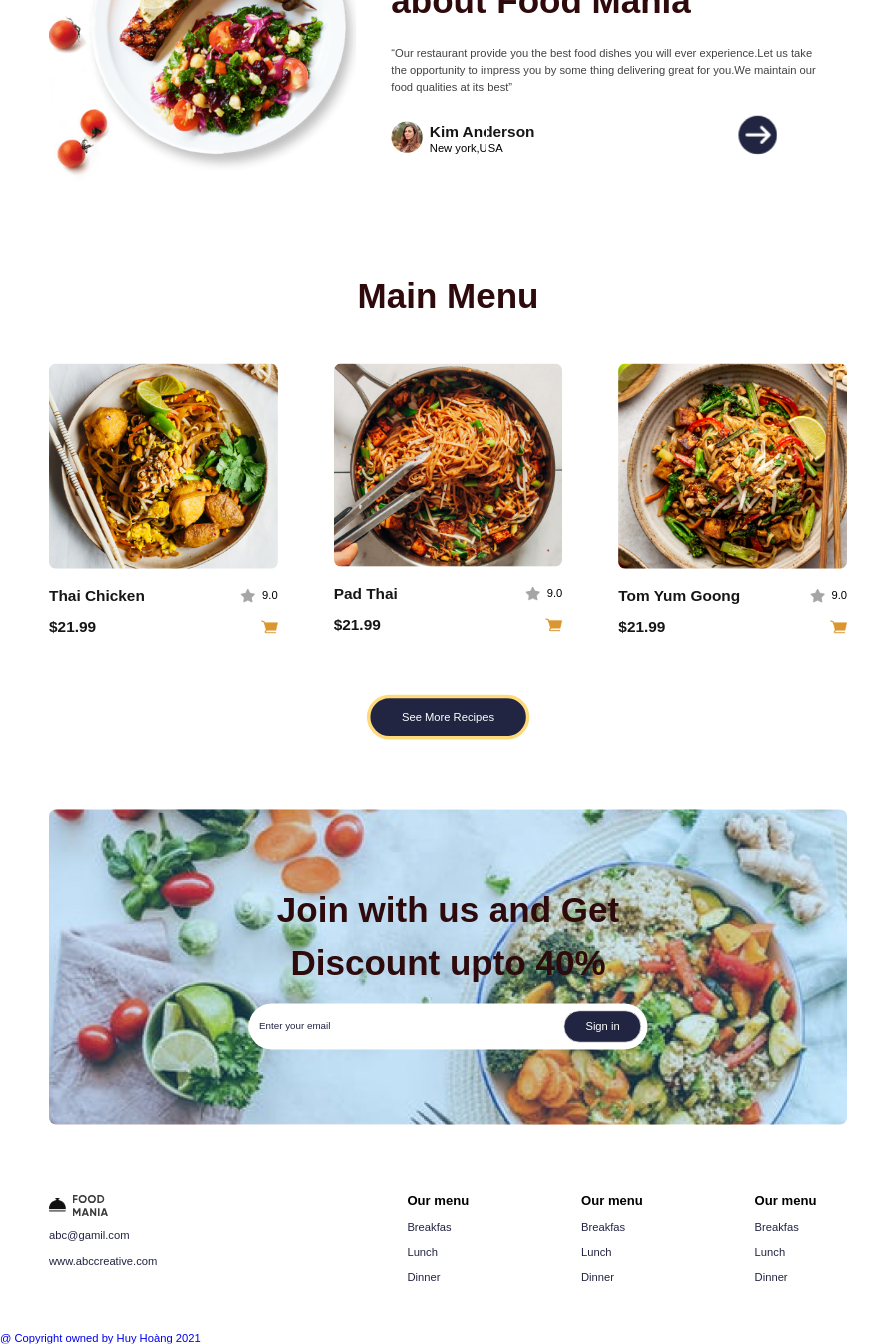
Repository: hoang0508/Figmafood
Page: index.html
These files come from the project's save history. The page is drawn as it stood at one moment and after the next save; the edit follows.
The browser window is 1280 px wide. The pictures show the part of the page from y = 2138 to 4058 px (the page is 4058 px tall), at 70% of full size.
Backgrounds fixed to the window are drawn as part of the page. Some web libraries are served in a nearby version. The style sheet was rebuilt from its Sass, Less or Tailwind sources for each picture, by a compiler version that may differ from the author's.

Above is the page before, as saved 2021-11-08 16:01:07.

### index.html
<!DOCTYPE html>
<html lang="en">
  <head>
    <meta charset="UTF-8" />
    <meta http-equiv="X-UA-Compatible" content="IE=edge" />
    <meta name="viewport" content="width=device-width, initial-scale=1.0" />
    <title>LandingPage Food</title>
    <link
      rel="stylesheet"
      href="https://cdnjs.cloudflare.com/ajax/libs/font-awesome/4.7.0/css/font-awesome.min.css"
      integrity="sha512-SfTiTlX6kk+qitfevl/7LibUOeJWlt9rbyDn92a1DqWOw9vWG2MFoays0sgObmWazO5BQPiFucnnEAjpAB+/Sw=="
      crossorigin="anonymous"
      referrerpolicy="no-referrer"
    />
    <link rel="preconnect" href="https://fonts.googleapis.com" />
    <link rel="preconnect" href="https://fonts.gstatic.com" crossorigin />
    <link
      href="https://fonts.googleapis.com/css2?family=Poppins:wght@300;400;500;600;700&display=swap"
      rel="stylesheet"
    />
    <link
      rel="stylesheet"
      type="text/css"
      href="https://cdn.jsdelivr.net/npm/slick-carousel@1.8.1/slick/slick.css"
    />
    <link rel="stylesheet" href="./css/app.css" />
  </head>
  <body>
    <div class="wrapper">
      <header class="header">
        <div class="container">
          <div class="header-container d-flex--between">
            <div class="header-logo d-flex--center">
              <img src="./images/logo.png" alt="" />
              <img src="./images/FOOD MANIA.svg" alt="" />
            </div>
            <ul class="header-list d-flex--center">
              <li class="header-item">
                <a href="#" class="header-link">Home</a>
              </li>
              <li class="header-item">
                <a href="#" class="header-link">About us</a>
              </li>
              <li class="header-item">
                <a href="#" class="header-link">Contact us</a>
              </li>
            </ul>
            <div class="header-icon d-flex--center">
              <a href="#" class="icon-link">
                <img src="./images/icon-search.png" alt="" />
              </a>
              <a href="#" class="icon-link">
                <img src="./images/icon-cart.png" alt="" />
              </a>
              <a href="#" class="icon-link">
                <img src="./images/icon-bars.png" alt="" />
              </a>
            </div>
            <button class="button button--primary">Book now</button>
          </div>
        </div>
      </header>
      <main>
        <section class="hero">
          <div class="container">
            <div class="hero-container d-flex--between">
              <div class="hero-content">
                <h3 class="hero-title">
                  Taste the <span>best Delicious</span> dishes.
                </h3>
                <button class="button button--primary button--secondary">
                  Explore Menu
                </button>
                <div class="hero-social d-flex--center">
                  <a href="#" class="social-icon">
                    <img src="./images/facebook.png" alt="" />
                  </a>
                  <a href="#" class="social-icon">
                    <img src="./images/instagram.png" alt="" />
                  </a>
                  <a href="#" class="social-icon">
                    <img src="./images/twitter.png" alt="" />
                  </a>
                </div>
              </div>
              <div class="hero-image">
                <div class="hero-image--big">
                  <img
                    src="./images/kisspng-hamburger-street-food-seafood-fast-food-delicious-food-5a75083cceaf41 1.png"
                    alt=""
                  />
                </div>
                <div class="hero-image--small-top">
                  <img src="./images/dlf 1.png" alt="" />
                </div>
                <div class="hero-image--small-bottom">
                  <img
                    src="./images/Pad-Thai_1-removebg-preview 1.png"
                    alt=""
                  />
                </div>
              </div>
            </div>
          </div>
        </section>
        <section class="about">
          <div class="container">
            <div class="about-container d-flex--between">
              <div class="about-image">
                <img
                  src="./images/imgbin-greek-salad-recipe-vegetarian-cuisine-everyday-super-food-salad-plate-gEMC3ig2LzciXACd5pm3EKWBe-removebg-preview 1.png"
                  alt=""
                />
              </div>
              <div class="about-content">
                <h3 class="heading-title">Fresh,Healthy & Delicious Food</h3>
                <p class="text-desc">
                  Our restaurant provide you the best food dishesh you will ever
                  experience.Let us take the opportunity to impress you by some
                  thing delivering great for you.We maintain our food qualities
                  at its best.
                </p>
                <button class="button button--primary button--secondary">
                  Explore All
                </button>
              </div>
            </div>
          </div>
        </section>
        <section class="menu">
          <div class="container">
            <div class="menu-container">
              <h3 class="heading-title menu-heading">Our Categorized Menu</h3>
              <div class="menu-list">
                <div class="menu-item">
                  <div class="menu-image">
                    <img
                      src="./images/emojione-monotone_hot-beverage.svg"
                      alt=""
                    />
                  </div>
                  <h3 class="menu-title heading-title--small">Beverage</h3>
                  <p class="menu-desc">
                    We offer you the best taste from each of the sector. you
                    will love it.
                  </p>
                </div>
                <div class="menu-item">
                  <div class="menu-image">
                    <img src="./images/Vector.png" alt="" />
                  </div>
                  <h3 class="menu-title heading-title--small">Meal</h3>
                  <p class="menu-desc">
                    We offer you the best taste from each of the sector. you
                    will love it.
                  </p>
                </div>
                <div class="menu-item">
                  <div class="menu-image">
                    <img src="./images/Vector (1).png" alt="" />
                  </div>
                  <h3 class="menu-title heading-title--small">Special dish</h3>
                  <p class="menu-desc">
                    We offer you the best taste from each of the sector. you
                    will love it.
                  </p>
                </div>
              </div>
            </div>
          </div>
        </section>
        <section class="category">
          <div class="container">
            <div class="category-container">
              <div class="category-item d-flex--center">
                <div class="category-image">
                  <img src="./images/df2.png" alt="" />
                </div>
                <div class="category-content">
                  <h3 class="heading-title category-title">
                    What people’s say about Food Mania
                  </h3>
                  <p class="text-desc">
                    “Our restaurant provide you the best food dishes you will
                    ever experience.Let us take the opportunity to impress you
                    by some thing delivering great for you.We maintain our food
                    qualities at its best”
                  </p>
                  <div class="category-author d-flex--center">
                    <div class="category-author--image">
                      <img src="./images/pexels-photo-733872 1.png" alt="" />
                    </div>
                    <div class="category-info">
                      <h4 class="category-name heading-title--small">
                        Kim Anderson
                      </h4>
                      <p class="category-address">New york,USA</p>
                    </div>
                  </div>
                </div>
              </div>
              <div class="category-item d-flex--center">
                <div class="category-image">
                  <img src="./images/df2.png" alt="" />
                </div>
                <div class="category-content">
                  <h3 class="heading-title category-title">
                    What people’s say about Food Mania
                  </h3>
                  <p class="text-desc">
                    “Our restaurant provide you the best food dishes you will
                    ever experience.Let us take the opportunity to impress you
                    by some thing delivering great for you.We maintain our food
                    qualities at its best”
                  </p>
                  <div class="category-author d-flex--center">
                    <div class="category-author--image">
                      <img src="./images/pexels-photo-733872 1.png" alt="" />
                    </div>
                    <div class="category-info">
                      <h4 class="category-name heading-title--small">
                        Kim Anderson
                      </h4>
                      <p class="category-address">New york,USA</p>
                    </div>
                  </div>
                </div>
              </div>
            </div>
          </div>
        </section>
        <section class="product">
          <div class="container">
            <div class="product-container">
              <h3 class="heading-title product-title">Main Menu</h3>
              <div class="product-list">
                <div class="product-item">
                  <div class="product-image">
                    <img src="./images/veganpadthairecipe-h1 1.png" alt="" />
                  </div>
                  <div class="product-info d-flex--between">
                    <h4 class="product-name heading-title--small">
                      Thai Chicken
                    </h4>
                    <div class="product-star d-flex--center">
                      <img src="./images/icon-star.png" alt="" />
                      <span>9.0</span>
                    </div>
                  </div>
                  <div class="product-price d-flex--between">
                    <span class="product-coin heading-title--small"
                      >$21.99</span
                    >
                    <a href="#" class="product-link">
                      <img src="./images/icon-cart-product.png" alt="" />
                    </a>
                  </div>
                </div>
                <div class="product-item">
                  <div class="product-image">
                    <img src="./images/Pad-Thai 1.png" alt="" />
                  </div>
                  <div class="product-info d-flex--between">
                    <h4 class="product-name heading-title--small">Pad Thai</h4>
                    <div class="product-star d-flex--center">
                      <img src="./images/icon-star.png" alt="" />
                      <span>9.0</span>
                    </div>
                  </div>
                  <div class="product-price d-flex--between">
                    <span class="product-coin heading-title--small"
                      >$21.99</span
                    >
                    <a href="#" class="product-link">
                      <img src="./images/icon-cart-product.png" alt="" />
                    </a>
                  </div>
                </div>
                <div class="product-item">
                  <div class="product-image">
                    <img
                      src="./images/healthier-vegan-pad-thai-macro-1024x1536 1.png"
                      alt=""
                    />
                  </div>
                  <div class="product-info d-flex--between">
                    <h4 class="product-name heading-title--small">
                      Tom Yum Goong
                    </h4>
                    <div class="product-star d-flex--center">
                      <img src="./images/icon-star.png" alt="" />
                      <span>9.0</span>
                    </div>
                  </div>
                  <div class="product-price d-flex--between">
                    <span class="product-coin heading-title--small"
                      >$21.99</span
                    >
                    <a href="#" class="product-link">
                      <img src="./images/icon-cart-product.png" alt="" />
                    </a>
                  </div>
                </div>
              </div>
              <button
                class="button button--primary button--secondary button--more"
              >
                See More Recipes
              </button>
            </div>
          </div>
        </section>
        <section class="contact">
          <div class="container">
            <div class="contact-container">
              <div class="contact-content">
                <h4 class="heading-title contact-title">
                  Join with us and Get Discount upto 40%
                </h4>
                <form action="#" class="contact-form">
                  <input
                    type="text"
                    class="contact-input"
                    placeholder="Enter your email"
                  />
                  <button class="button button--primary">Sign in</button>
                </form>
              </div>
            </div>
          </div>
        </section>
      </main>
      <footer class="footer">
        <div class="container">
          <div class="footer-container">
            <div class="footer-item">
              <div class="footer-logo d-flex--center">
                <img src="./images/logo.png" alt="" />
                <img src="./images/FOOD MANIA.svg" alt="" />
              </div>
              <a href="#" class="footer-gmail"> abc@gamil.com </a>
              <a href="#" class="footer-ex">www.abccreative.com</a>
            </div>
            <div class="footer-item">
              <h3 class="footer-title">Our menu</h3>
              <ul class="footer-list">
                <li><a href="#" class="footer-link">Breakfas</a></li>
                <li><a href="#" class="footer-link">Lunch</a></li>
                <li><a href="#" class="footer-link"> Dinner</a></li>
              </ul>
            </div>
            <div class="footer-item">
              <h3 class="footer-title">Our menu</h3>
              <ul class="footer-list">
                <li><a href="#" class="footer-link">Breakfas</a></li>
                <li><a href="#" class="footer-link">Lunch</a></li>
                <li><a href="#" class="footer-link"> Dinner</a></li>
              </ul>
            </div>
            <div class="footer-item">
              <h3 class="footer-title">Our menu</h3>
              <ul class="footer-list">
                <li><a href="#" class="footer-link">Breakfas</a></li>
                <li><a href="#" class="footer-link">Lunch</a></li>
                <li><a href="#" class="footer-link"> Dinner</a></li>
              </ul>
            </div>
          </div>
        </div>
      </footer>
      <div class="footer-coppy">
        <a href="#"> @ Copyright owned by Huy Hoàng 2021</a>
      </div>
    </div>

    <script
      type="text/javascript"
      src="https://code.jquery.com/jquery-1.11.0.min.js"
    ></script>
    <script
      type="text/javascript"
      src="https://code.jquery.com/jquery-migrate-1.2.1.min.js"
    ></script>
    <script
      type="text/javascript"
      src="https://cdn.jsdelivr.net/npm/slick-carousel@1.8.1/slick/slick.min.js"
    ></script>
    <script src="./script/app.js"></script>
  </body>
</html>

### script/app.js
$(".category-container").slick({
  infinite: true,
  slidesToShow: 1,
  slidesToScroll: 3,
  nextArrow: `<button type='button' class='slick-next pull-right'><img src="./images/arrow-icon.png" /></button>`,
  prevArrow: false,
});

### sass/app.scss
@import "variable";
@import "reset";
@import "global";
@import "typography";
@import "header";
@import "hero";
@import "about";
@import "menu";
@import "category";
@import "category";
@import "product";
@import "contact";
@import "footer";

### sass/variable.scss
$primary-color: #212542;
$secondary-color: #2e0a0c;
$border-color: #ffda7b;
$text-color-box: #424242;
$text-color-small: #747474;
$heading-color: #161616;

### sass/reset.scss
html {
  box-sizing: border-box;
}
* {
  margin: 0;
  padding: 0;
}
*,
*:before,
*:after {
  box-sizing: border-box;
}
input,
textarea,
select,
button {
  outline: none;
}
input {
  line-height: normal;
}
label,
button {
  cursor: pointer;
}
a {
  text-decoration: none;
}
img {
  display: block;
  max-width: 100%;
}

ul,
li {
  list-style: none;
}

### sass/global.scss
.wrapper {
  max-width: 1440px;
  margin: 0 auto;
  overflow: hidden;
}

.container {
  max-width: 1170px;
  margin: 0 auto;
  padding: 0 15px;
}

body {
  font-family: "Popins", sans-serif;
  line-height: 1;
  font-size: 16px;
}

body::-webkit-scrollbar {
  width: 7px;
}

body::-webkit-scrollbar-thumb {
  background-color: $primary-color;
  border-radius: 10px;
}

.d-flex--center {
  display: flex;
  align-items: center;
}

.d-flex--between {
  display: flex;
  justify-content: space-between;
  align-items: center;
}

.button {
  display: inline-block;
  color: #fff;
  background-color: $primary-color;
  border: 0;
  &--primary {
    font-size: 16px;
    font-weight: 500;
    line-height: calc(24 / 16);
    padding: 10px 30px;
    background: #212542;
    border: 1.5px solid #ffffff;
    border-radius: 100px;
    display: flex;
    align-items: center;
    justify-content: center;
  }
  &--secondary {
    padding: 15px 45px;
    border-width: 5px;
    border-color: $border-color;
  }
  &--more {
    display: inline-block;
    position: relative;
    left: 50%;
    transform: translateX(-50%);
  }
}

### sass/typography.scss
.heading-title {
  font-size: 50px;
  font-weight: 600;
  line-height: calc(87 / 58);
  color: $secondary-color;
}

.text-desc {
  font-size: 16px;
  font-weight: 500;
  line-height: calc(27 / 18);
  padding: 25px 0 35px;
  color: $text-color-box;
}

.heading-title--small {
  font-size: 22px;
  line-height: calc(33 / 22);
  font-weight: 600;
  color: $heading-color;
}

### sass/_header.scss
.header {
  margin-top: 50px;
  margin-bottom: 121px;
  &-logo {
    gap: 10px;
  }
  &-list {
    gap: 0 90px;
    font-size: 18px;
    font-weight: 500;
  }
  &-item {
    position: relative;
  }
  &-link {
    position: relative;
    color: #000000;
  }
  &-link:after {
    content: "";
    position: absolute;
    display: block;
    width: 0;
    height: 3px;
    background-color: $primary-color;
    bottom: -8px;
    border-radius: 5px;
    transition: all 0.3s linear;
  }
  &-link:hover::after {
    width: 100%;
    transition: all 0.3s linear;
  }
  &-icon {
    gap: 0 50px;
  }
}

### sass/_hero.scss
.hero {
  padding-bottom: 120px;
  &-container {
    align-items: stretch;
  }
  &-content {
    max-width: 455px;
    width: 100%;
  }
  &-title {
    font-size: 61px;
    line-height: calc(91 / 61);
    color: $secondary-color;
    font-weight: 600;
    padding-bottom: 25px;
    span {
      display: block;
    }
  }
  &-social {
    padding-top: 50px;
    gap: 0 25px;
    a.social-icon {
      width: 40px;
      height: 40px;
      border: 2px solid $border-color;
      border-radius: 100rem;
      display: flex;
      justify-content: center;
      align-items: center;
    }
  }
  &-image {
    position: relative;
  }
  &-image--big {
    position: relative;
  }
  &-image--small-top {
    position: absolute;
    left: 0;
    top: 50%;
    transform: translateX(50%);
    width: 100px;
  }
  &-image--small-bottom {
    position: absolute;
    bottom: 70px;
    right: 100px;
  }
}

### sass/_about.scss
.about {
  padding-bottom: 135px;
  &-container {
    gap: 170px;
  }
  &-content {
    max-width: 600px;
    width: 100%;
  }
}

### sass/_menu.scss
.menu {
  padding-bottom: 100px;
  &-heading {
    text-align: center;
    padding-bottom: 100px;
  }
  &-list {
    display: grid;
    grid-template-columns: repeat(3, 1fr);
    grid-gap: 0px 100px;
  }
  &-item {
    display: flex;
    align-items: center;
    justify-content: center;
    flex-direction: column;
    background: #ffffff;
    box-shadow: 12px 36px 32px rgba(228, 228, 228, 0.5);
    border-radius: 25px;
    padding: 45px 50px;
  }
  &-image {
    padding-bottom: 28px;
  }
  &-title {
    padding-bottom: 22px;
  }
  &-desc {
    text-align: center;
    font-size: 17px;
    line-height: calc(20 / 13);
    color: $text-color-small;
  }
}

### sass/_category.scss
.category {
  padding-bottom: 125px;
  &-item {
    gap: 50px;
  }
  &-content {
    max-width: 625px;
    width: 100%;
  }
  &-title {
    max-width: 500px;
    width: 100%;
  }
  &-author {
    gap: 10px;
  }
  &-author--image img {
    width: 45px;
    height: 45px;
    border-radius: 100rem;
    object-fit: cover;
  }
}

// slick slider
.slick-initialized .slick-slide {
  display: flex;
  align-items: center;
}

button.slick-next {
  display: block;
  position: absolute;
  right: 100px;
  bottom: 10%;
  width: 55px;
  height: 55px;
  background-color: $primary-color;
  border-radius: 100rem;
  display: flex !important;
  justify-content: center;
  align-items: center;
  border: 0;
}

### sass/_product.scss
.product {
  padding-bottom: 100px;
  &-title {
    text-align: center;
    padding-bottom: 58px;
  }
  &-list {
    display: grid;
    grid-template-columns: repeat(3, 1fr);
    grid-gap: 0px 80px;
    padding-bottom: 80px;
  }
  &-image {
    border-radius: 10px;
    overflow: hidden;
    margin-bottom: 22px;
    img {
      width: 100%;
      height: 100%;
      object-fit: cover;
    }
  }
  &-info {
    padding-bottom: 12px;
  }
  &-star {
    gap: 10px;
  }
}

### sass/_contact.scss
.contact {
  padding-bottom: 100px;
  &-container {
    background: url("../images/contact-image.png") center / cover no-repeat
      fixed;
    height: 450px;
    overflow: hidden;
    border-radius: 10px;
    object-fit: cover;
    position: relative;
  }
  &-container::after {
    content: "";
    position: absolute;
    top: 0;
    left: 0;
    width: 100%;
    height: 100%;
    background-color: #129bf6;
    opacity: 0.2;
    z-index: 0;
  }
  &-content {
    position: absolute;
    top: 50%;
    left: 50%;
    transform: translate(-50%, -50%);
    z-index: 1;
  }
  &-title {
    text-align: center;
    padding-bottom: 20px;
  }
  &-form {
    background-color: #fff;
    border-radius: 100rem;
    display: flex;
    align-items: center;
    padding: 10px 0;
  }
  &-input {
    border: 0;
    width: 79%;
    text-indent: 15px;
  }
  &-input::placeholder {
    font-size: 14px;
    color: $primary-color;
  }
}

### sass/_footer.scss
.footer {
  padding-bottom: 50px;
  a {
    display: block;
    color: $primary-color;
  }
  &-container {
    display: grid;
    grid-template-columns: 3fr 1fr 1fr 1fr;
    grid-gap: 0px 116px;
  }
  &-logo {
    gap: 10px;
  }
  &-gmail {
    padding: 20px 0;
  }
  &-title {
    padding-bottom: 20px;
  }
  &-link {
    padding-bottom: 20px;
  }
}

After the next save:
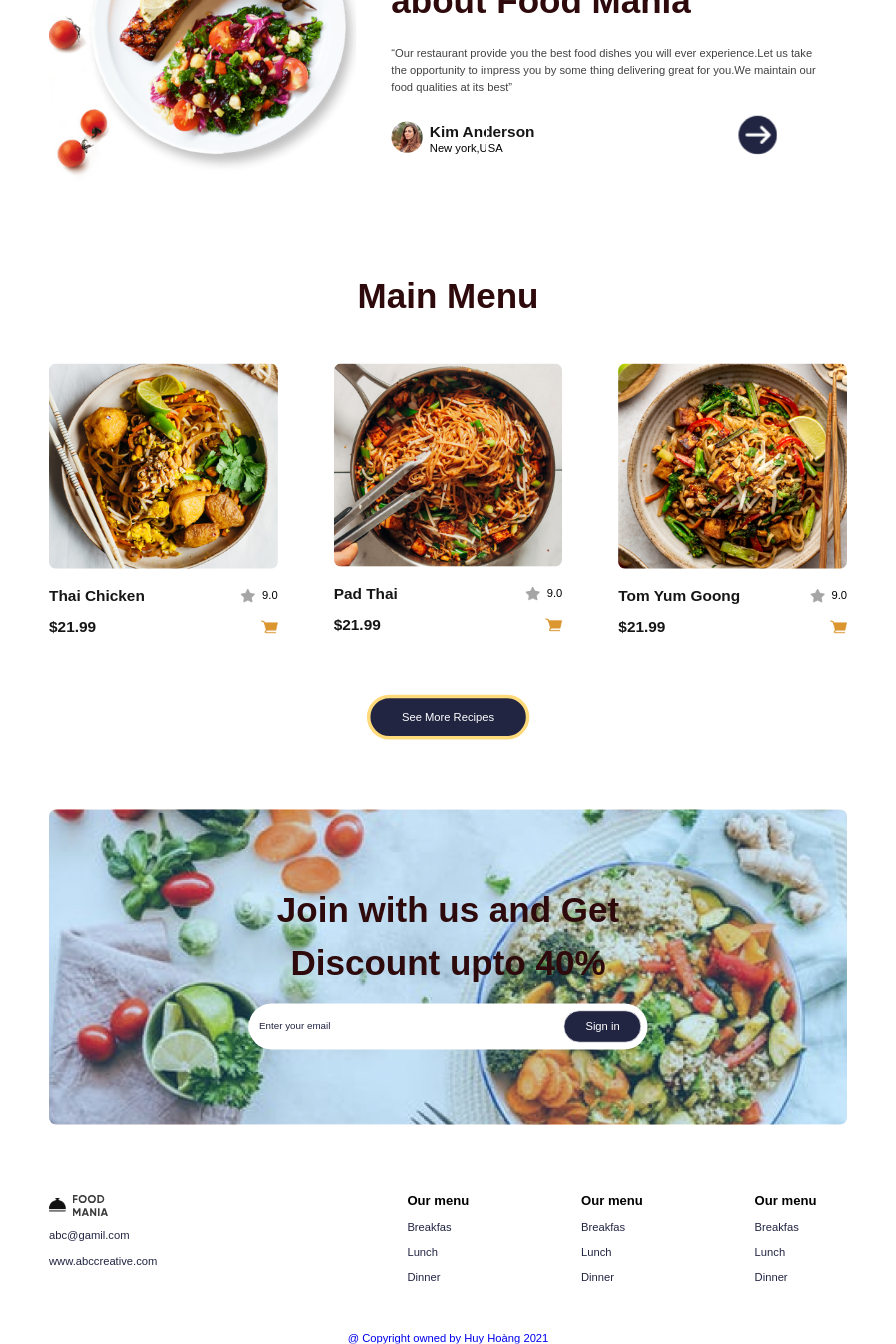
Saved 12 s later.
--- a/sass/_footer.scss
+++ b/sass/_footer.scss
@@ -22,3 +22,7 @@
     padding-bottom: 20px;
   }
 }
+
+.footer-coppy {
+  text-align: center;
+}
